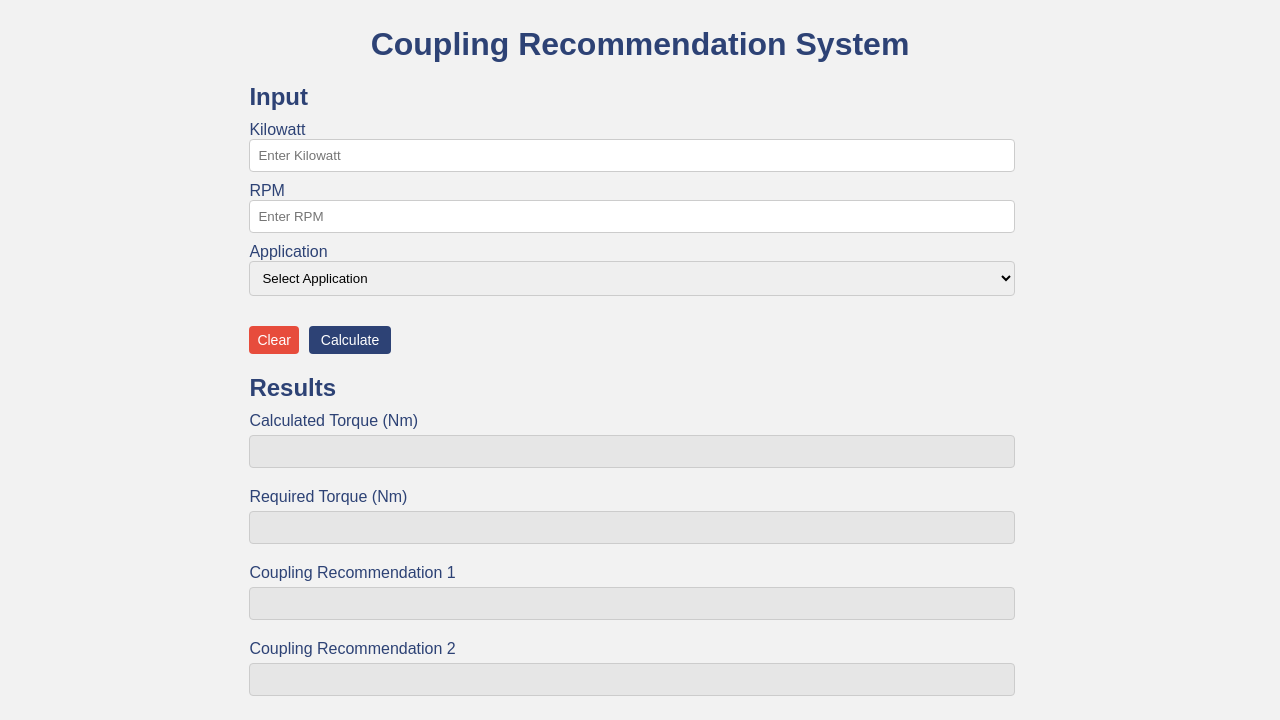
Repository: JustinSadie/calculator
Page: newIndex.html
These files come from the project's save history. The page is drawn as it stood at one moment and after the next save; the edit follows.
The browser window is 1280 px wide. The pictures show the whole page.

Above is the page before, as saved 2024-08-25 16:06:15.

### newIndex.html
<!DOCTYPE html>
<html lang="en">
  <head>
    <meta charset="UTF-8" />
    <meta name="viewport" content="width=device-width, initial-scale=1.0" />
    <title>Coupling Recommendation</title>
    <link rel="stylesheet" href="newCSS.css" />
  </head>
  <body>
    <div class="coupling-calculator">
      <h1>Coupling Recommendation System</h1>

      <div class="input-section">
        <h2>Input</h2>
        <label for="kilowatt">Kilowatt</label>
        <input
          type="number"
          id="kilowatt"
          placeholder="Enter Kilowatt"
          required
        />

        <label for="rotationSpeed">RPM</label>
        <input
          type="number"
          id="rotationSpeed"
          placeholder="Enter RPM"
          required
        />

        <label for="application">Application</label>
        <select id="application">
          <option value="">Select Application</option>
          <option value="1.2">Centrifugal Pumps</option>
          <option value="1.2">Fans</option>
          <option value="1.2">Belt Conveyors</option>
          <option value="1.6">Hammermill</option>
          <option value="1.6">Bucket Elevator</option>
          <option value="1.6">Scraper Conveyor</option>
          <option value="2.4">Reciprocating Pump</option>
          <option value="2.4">Compressor(3Cyl or less)</option>
          <option value="2">Crusher</option>
          <option value="2">Calender</option>
          <option value="2">Shaker</option>
          <option value="2">Compressor(4 Cyl or more)</option>
          <option value="4">Steel Mill rolers Tables</option>
          <option value="4">Heavy Reversing Drives</option>
        </select>
        <input
          type="text"
          id="customApplication"
          placeholder="Enter Custom Application"
          style="display: none"
        />

        <div class="button-container">
          <button class="clear" onclick="clearFields()">Clear</button>
          <button onclick="displayResults()">Calculate</button>

        </div>
      </div>

      <div class="output-section">
        <h2>Results</h2>
        <div class="result">
          <label for="torqueResult">Calculated Torque (Nm)</label>
          <input type="text" id="torqueResult" readonly />
        </div>

        <div class="result">
          <label for="coupRat">Required Torque (Nm)</label>
          <input type="text" id="coupRat" readonly />
        </div>

        <div class="result">
          <label for="brCouplingSuggest1">Coupling Recommendation 1</label>
          <input type="text" id="brCouplingSuggest1" readonly />
        </div>

        <div class="result">
          <label for="brCouplingSuggest2">Coupling Recommendation 2</label>
          <input type="text" id="brCouplingSuggest2" readonly />
        </div>
      </div>

      <script src="Coupling generator copy.js"></script>
    </div>
  </body>
</html>

### newCSS.css
/* Overall page styling */
body {
  font-family: Arial, sans-serif;
  margin: 0;
  padding: 0;
  background-color: #f2f2f2;
  color: #2d4275;
  display: flex;
  justify-content: center;
  align-items: center;
  min-height: 100vh;
}

.coupling-caclulator {
  max-width: 50%; /* Make the container half the width of the page */
  margin: 0 auto;
  padding: 20px;
  background-color: #ffffff;
  box-shadow: 0 0 10px rgba(0, 0, 0, 0.1);
  border: 2px solid #2d4275; /* Add border around the container */
  border-radius: 8px;
  box-sizing: border-box; /* Include padding and border in the width */
}

h1 {
  color: #2d4275;
  text-align: center;
  margin-bottom: 20px;
}

/* Input section styling */
.input-section {
  margin-bottom: 20px;
}

.input-section h2 {
  color: #2d4275;
  margin-bottom: 10px;
}

input,
select {
  padding: 8px; /* Make the input fields smaller */
  margin-bottom: 10px;
  width: calc(100% - 16px); /* Adjust width to account for padding and borders */
  border: 1px solid #ccc;
  border-radius: 4px;
  box-sizing: border-box;
}

/* Container for buttons */
.button-container {
  display: flex;
  grid-template-columns: 1fr auto;
  gap: 10px;
  margin-top: 20px;
}

button {
  padding: 6px 12px; /* Adjust padding if needed */
  background-color: #2d4275;
  color: #ffffff;
  border: none;
  border-radius: 4px;
  cursor: pointer;
  font-size: 14px;

}

button:hover {
  background-color: #1a2a4f;
}

/* Small clear button styling */
button.clear {
  padding: 4px 8px; /* Smaller size for the clear button */
  background-color: #e74c3c; /* A red color for the clear button */
  color: #ffffff;
  border: none;
  border-radius: 4px;
  cursor: pointer;
  font-size: 14px; /* Smaller font size */
}

button.clear:hover {
  background-color: #c0392b; /* Darker red for hover effect */
}


/* Output section styling */
.output-section {
  margin-top: 20px;
}

.output-section h2 {
  color: #2d4275;
  margin-bottom: 10px;
}

.result {
  margin-bottom: 10px;
}

.result label {
  display: block;
  margin-bottom: 5px;
  color: #2d4275;
}

.result input {
  padding: 8px; /* Make the output fields smaller */
  border: 1px solid #ccc;
  border-radius: 4px;
  width: calc(100% - 16px); /* Adjust width to account for padding and borders */
  box-sizing: border-box;
  background-color: #f9f9f9;
}

.result input[readonly] {
  background-color: #e6e6e6;
  cursor: not-allowed;
}

### Coupling generator copy.js
lst = [97,128, 164, 187, 215, 255, 271, 314, 355, 428,
    471, 517, 618, 679, 706, 868, 889, 900,
    1089, 1227, 1296, 1392, 1427, 1641, 1768, 2081,
    2150, 2398, 2551, 2837, 3134, 3343, 3536, 3787,
    4274, 4873, 4963, 5326, 5860, 6645, 6721, 6978,
    7234, 8443, 8806, 9071, 9864, 10172, 10811, 11063,
    12835, 13359, 13870, 14165, 16126, 17502, 18434,
    20135, 20684, 21989, 24153, 28155, 28166, 29107,
    35206, 35584, 38136, 38177, 45784, 48006, 50019,
    52525, 55588, 58182, 68818, 72908, 75800, 79879,
    86627, 99418, 100312, 104658, 136282, 136785,
    152552, 178422, 208020, 234914, 366843
]


const bearingData = {
  black: {
    sizes: [97, 164, 271, 471, 679, 1089, 1641, 2551, 3787, 5326, 6721, 8443, 10811, 18434, 29107, 38177, 52525, 79879],
  },
  yellow: {
    sizes: [128, 215, 355, 618, 889, 1427, 2150, 3343, 4963, 6978, 8806, 11063, 14165, 24153, 38136, 50019, 68818, 104658],
  },
  blue: {
    sizes: [187, 314, 517, 900, 1296, 2081, 3134, 4873, 7234, 10172, 12835, 16126, 20684, 35206, 55588, 72908, 100312, 152552],
  },
  green: {
    sizes: [255, 428, 706, 1227, 1768, 2837, 4274, 6645, 9864, 13870, 17502, 21989, 28155, 48006, 75800, 99418, 136785, 208020],
  },
  red: {
    sizes: [517, 868, 1392, 2398, 3536, 5860, 9071, 13359, 20135, 28166, 35584, 45784, 58182, 86627, 136282, 178422, 234914, 366843],
  },
};

const sizeIndex = {
    "BR_95" : 0,
   "BR_115" : 1,
   "BR_135" : 2,
   "BR_155" : 3,
   "BR_179" : 4,
   "BR_206" : 5,
   "BR_236" : 6,
   "BR_276" : 7,
   "BR_306" : 8,
   "BR_336" : 9,
   "BR_366" : 10,
   "BR_406" : 11,
   "BR_446" : 12,
   "BR_506" : 13,
   "BR_556" : 14,
   "BR_636" : 15,
   "BR_716" : 16,
   "BR_826" : 17,
}


function calculateTorque(){
    var kilowatt = document.getElementById("kilowatt").value;
    var rotationSpeed = document.getElementById("rotationSpeed").value;
    var torque = ((kilowatt *  9550)/rotationSpeed);
    torqueResult = torque.toFixed(2) + " (Nm)";
    return {
        torqueresultText: torqueResult,
        torqueResultNumeric: torque,
    };

}

function getSafetyFactorValue(){
    var serviceFactor = document.getElementById("application").value;
    var customServiceFactor = document.getElementById("customApplication").value.trim();

    if (customServiceFactor) {
        return customServiceFactor;
    } else if (serviceFactor && serviceFactor !== "default") {
        return serviceFactor;
    } else {
        throw new Error("Please select an application or enter a custom application.");
    }
};


function calculateAndSetCouplingRating() {
    try {
        var torque = calculateTorque().torqueResultNumeric;
        var serviceFactor = getSafetyFactorValue();

        if (isNaN(serviceFactor)) {
            throw new Error("Invalid service factor input");
        }
        var couplingRating = Math.round(torque * serviceFactor);
        var couplingRatingResult = couplingRating + " (Nm)";

        return {
            couplingRatingText: couplingRatingResult,
            couplingRatingNumeric: couplingRating,
        };
    } catch (error) {
        console.error("Error in calculateAndSetCouplingRating:", error.message);
        return {
            error: error.message,
        };
    }
}



function nextNearestValue() {

    x = calculateAndSetCouplingRating().couplingRatingNumeric;

    for(const elem of lst){
        if(x <= elem) {
            const nextIndex = lst.indexOf(elem) + 1;
            if (nextIndex < lst.length) {
                return {
                    firstRecommendation : elem,
                    secondrecommendation : lst[nextIndex],
                };
            }
        }
    }
    return {
        firstRecommendation : elem,
        secondrecommendation : "none",
    }
}

function safetyFactor(nnv,torque){
    return (nnv/torque).toFixed(2);
}

function findColorAndSize(value) {
    for (const color in bearingData) {
      const sizes = bearingData[color].sizes;
      const index = sizes.indexOf(value);
      if (index !== -1) {
        const sizeKey = Object.keys(sizeIndex).find((key) => sizeIndex[key] === index);
        return {
          color: color,
          size: sizeKey,
        };
      }
    }
    return null;
}



function displayResults(){
    var newVal = calculateAndSetCouplingRating();
    document.getElementById('torqueResult').value=calculateTorque().torqueresultText;
    document.getElementById('coupRat').value=calculateAndSetCouplingRating().couplingRatingText;

    document.getElementById('brCouplingSuggest1').value=findColorAndSize(nextNearestValue().firstRecommendation).size + " - " + findColorAndSize(nextNearestValue().firstRecommendation).color;
    document.getElementById('brCouplingSuggest2').value=findColorAndSize(nextNearestValue().secondrecommendation).size + " - " + findColorAndSize(nextNearestValue().secondrecommendation).color;
    document.getElementById('sfCouplingSuggest1').value=safetyFactor(nextNearestValue().firstRecommendation, calculateTorque().torqueResultNumeric);
    document.getElementById('sfCouplingSuggest2').value=safetyFactor(nextNearestValue().secondrecommendation, calculateTorque().torqueResultNumeric);
}


function clearTable(){
    document.getElementById('kilowatt').value="";
    document.getElementById('rotationSpeed').value="";
    document.getElementById('serviceFactor').value="";
    document.getElementById('torqueResult').value="";
    document.getElementById('coupRat').value="";
    document.getElementById('brCouplingSuggest1').value="";
    document.getElementById('brCouplingSuggest2').value="";
}

function validateInput(inputId) {
    var inputElement = document.getElementById(inputId);
    var inputValue = inputElement.value.trim();

    if (inputValue === "") {
        alert("Input cannot be empty.");
        return false;
    }

    if (!/^\d+$/.test(inputValue)) {
        alert("Input must contain only numbers.");
        return false;
    }

    return true;
}

function validateForm() {
    if (!validateInput("kilowatt") || !validateInput("rotationSpeed")) {
        return false;
    }
    return true;
}

After the next save:
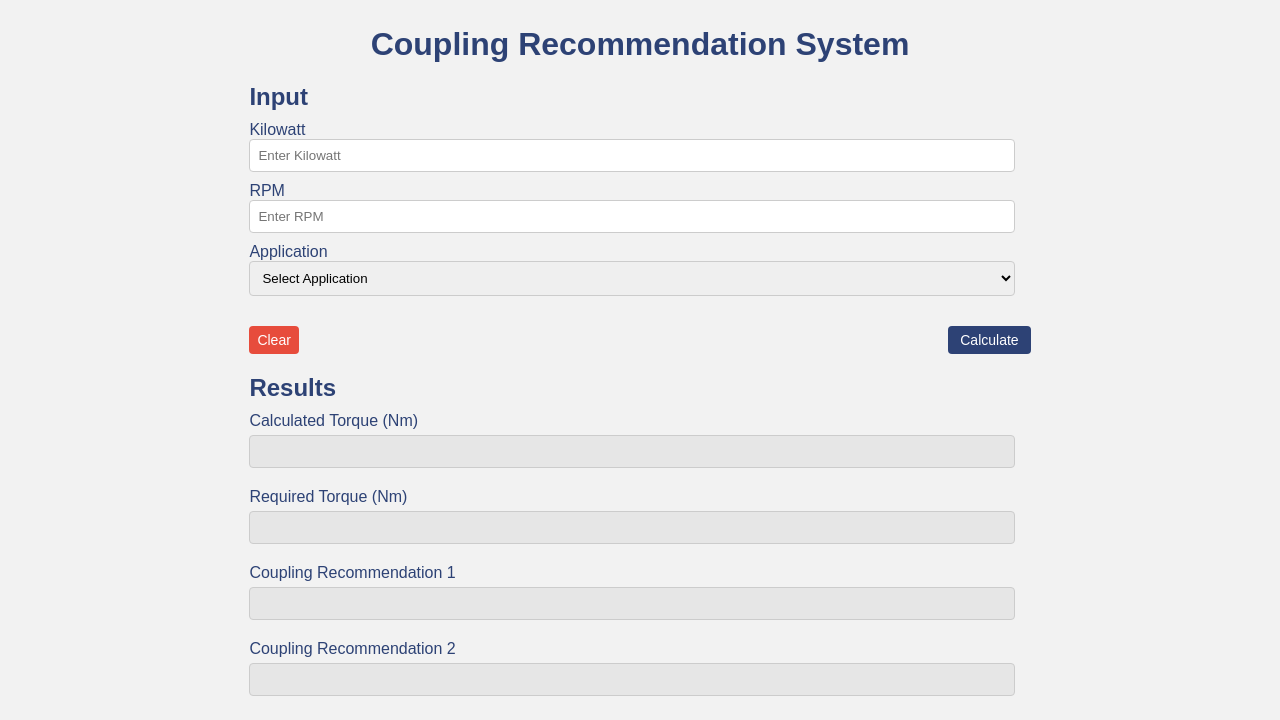
Saved 30 s later.
--- a/newCSS.css
+++ b/newCSS.css
@@ -51,9 +51,8 @@ select {
 /* Container for buttons */
 .button-container {
   display: flex;
-  grid-template-columns: 1fr auto;
-  gap: 10px;
-  margin-top: 20px;
+  justify-content: space-between; /* Space between buttons */
+  margin-top: 20px; /* Space from the fields above */
 }
 
 button {
